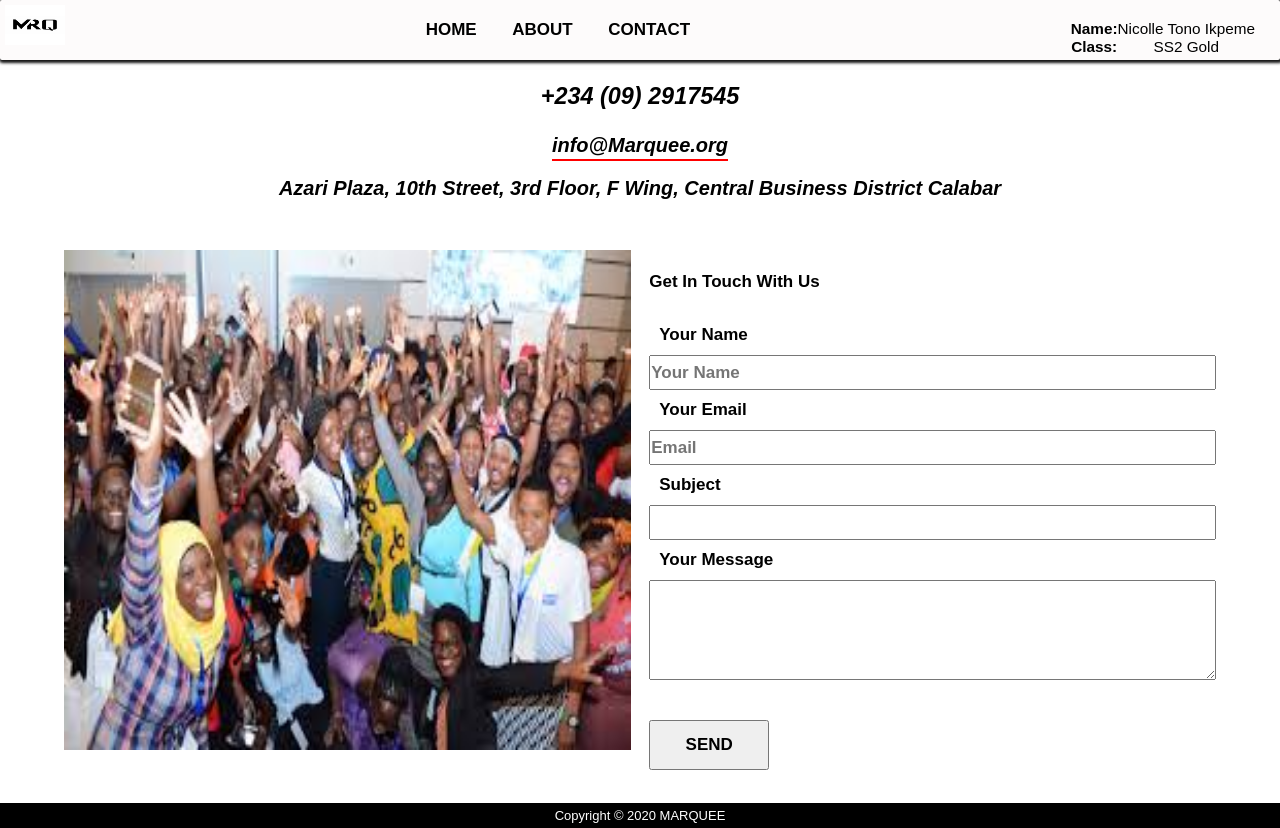
Repository: pboi18/Marquee.org
Page: contact.html
These files come from the project's save history. The page is drawn as it stood at one moment and after the next save; the edit follows.
The browser window is 1280 px wide. The pictures show the whole page.

Above is the page before, as saved 2020-07-11 22:55:17.

After the next save:
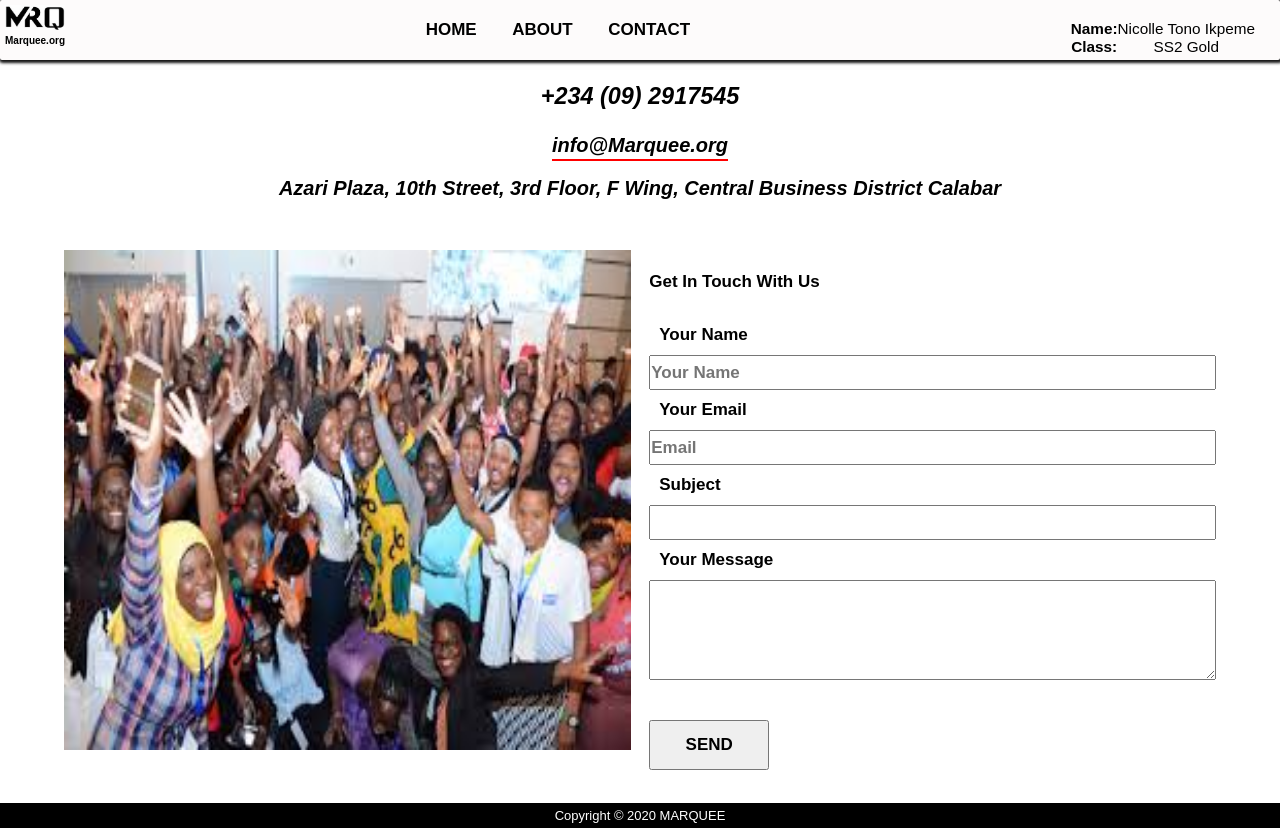
Saved 20 s later.
--- a/contact.html
+++ b/contact.html
@@ -16,9 +16,10 @@
             <nav class="main">
 
                     <div class="navbar2">
-
-                        <img src="img/logo.png" alt="MARQUEE" class="logo">
-
+                        <div class="logo">
+                            <img src="img/logo2.jpg" alt="MARQUEE" style="width: 60px; height: 25px;">
+                            <p style="font-weight:bold; font-size: x-small; margin: 0px;">Marquee.org</p>
+                        </div>
                         <ul class="main-nav">
                             <li>
                                 <a href="home.html">
